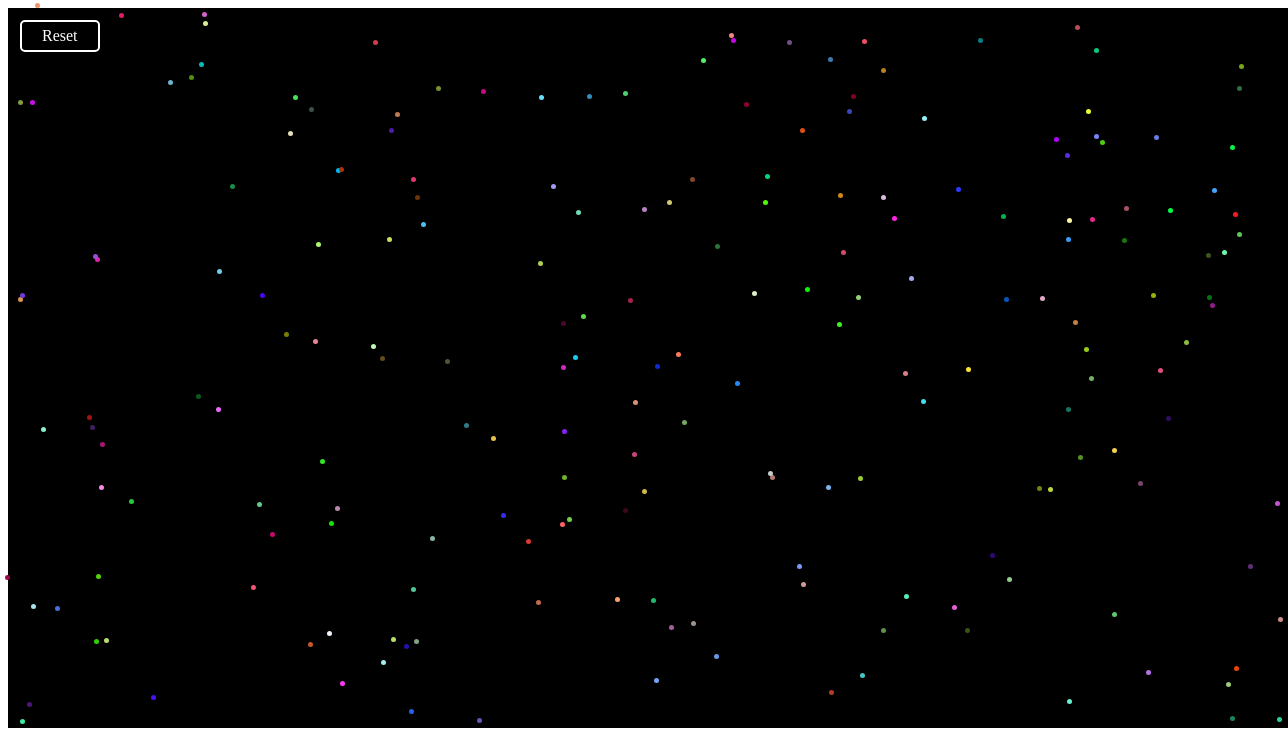
Repository: kamiour/Mouseeffect3
Page: index.html
These files come from the project's save history. The page is drawn as it stood at one moment and after the next save; the edit follows.
The browser window is 1280 px wide. The page is 1288 px wide, so the pictures cover 1288 px, including what lies to the right of the window. The pictures show the whole page.

Above is the page before, as saved 2019-11-03 15:57:12.

After the next save:
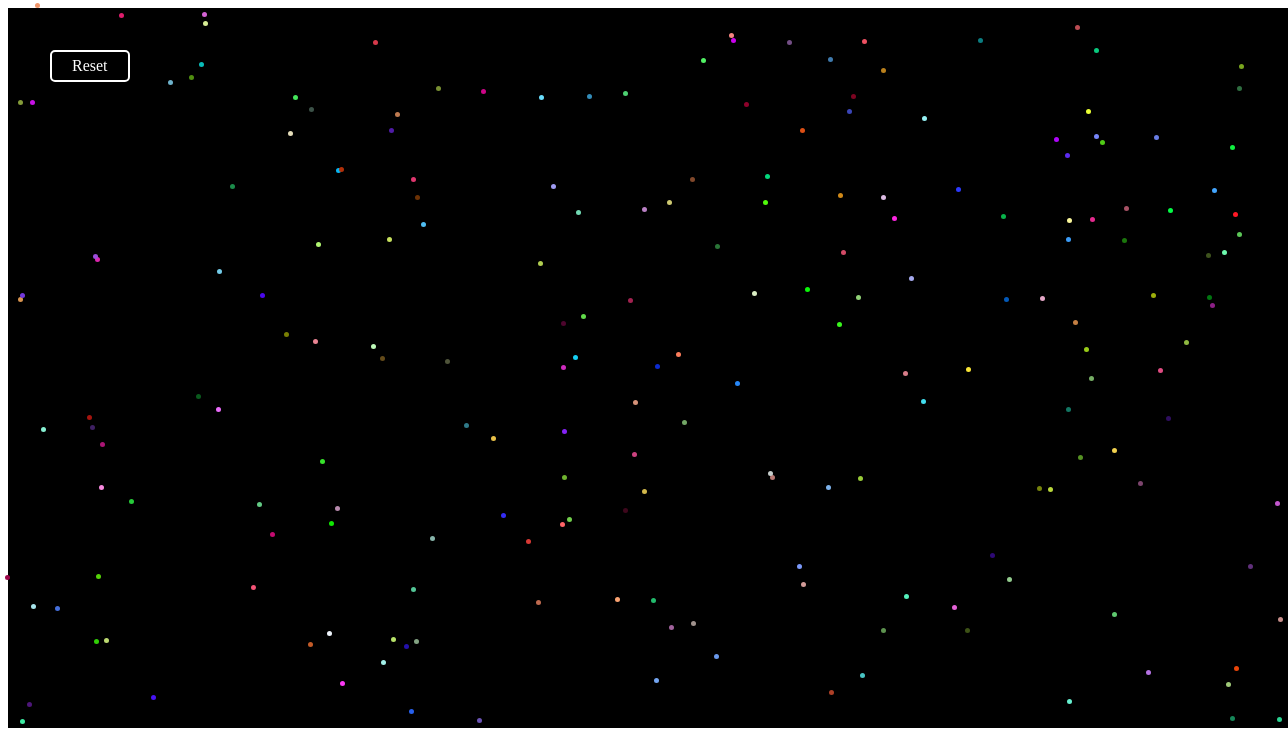
Saved 30 s later.
--- a/styles.css
+++ b/styles.css
@@ -13,8 +13,8 @@
 
 .btn {
   position: absolute;
-  top: 20px;
-  left: 20px;
+  top: 50px;
+  left: 50px;
   padding: 5px 20px;
   background-color: transparent;
   border: 2px solid white;
